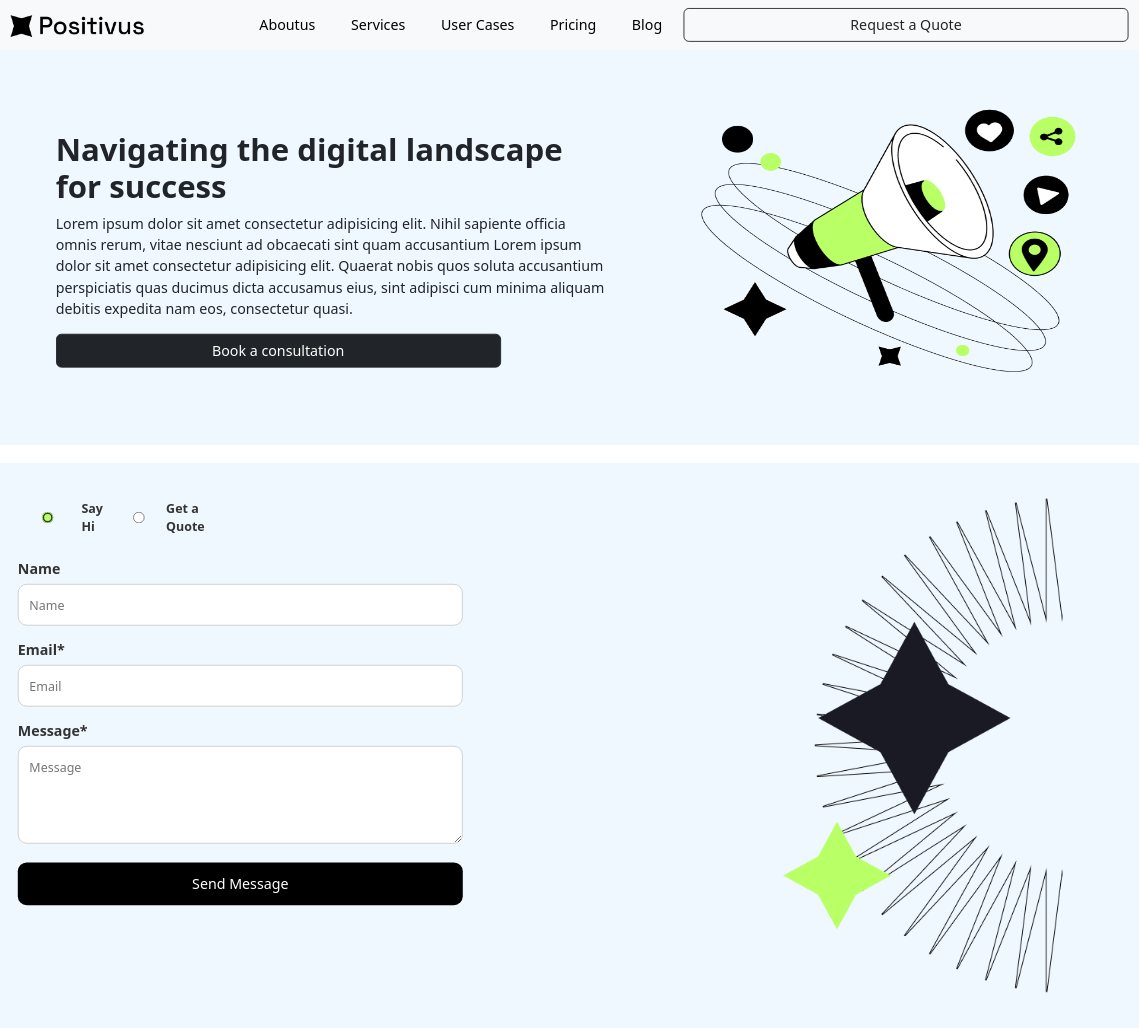
Repository: inshaabbas/CSS-Hackathon-SMIT
Page: index.html
An editor plug-in stored every save of this project. The page is shown before and after the next save, followed by the edit.
The browser window is 1280 px wide. The pictures show the whole page, at 89% of full size.

Above is the page before, as saved 2025-06-25 10:04:08.

After the next save:
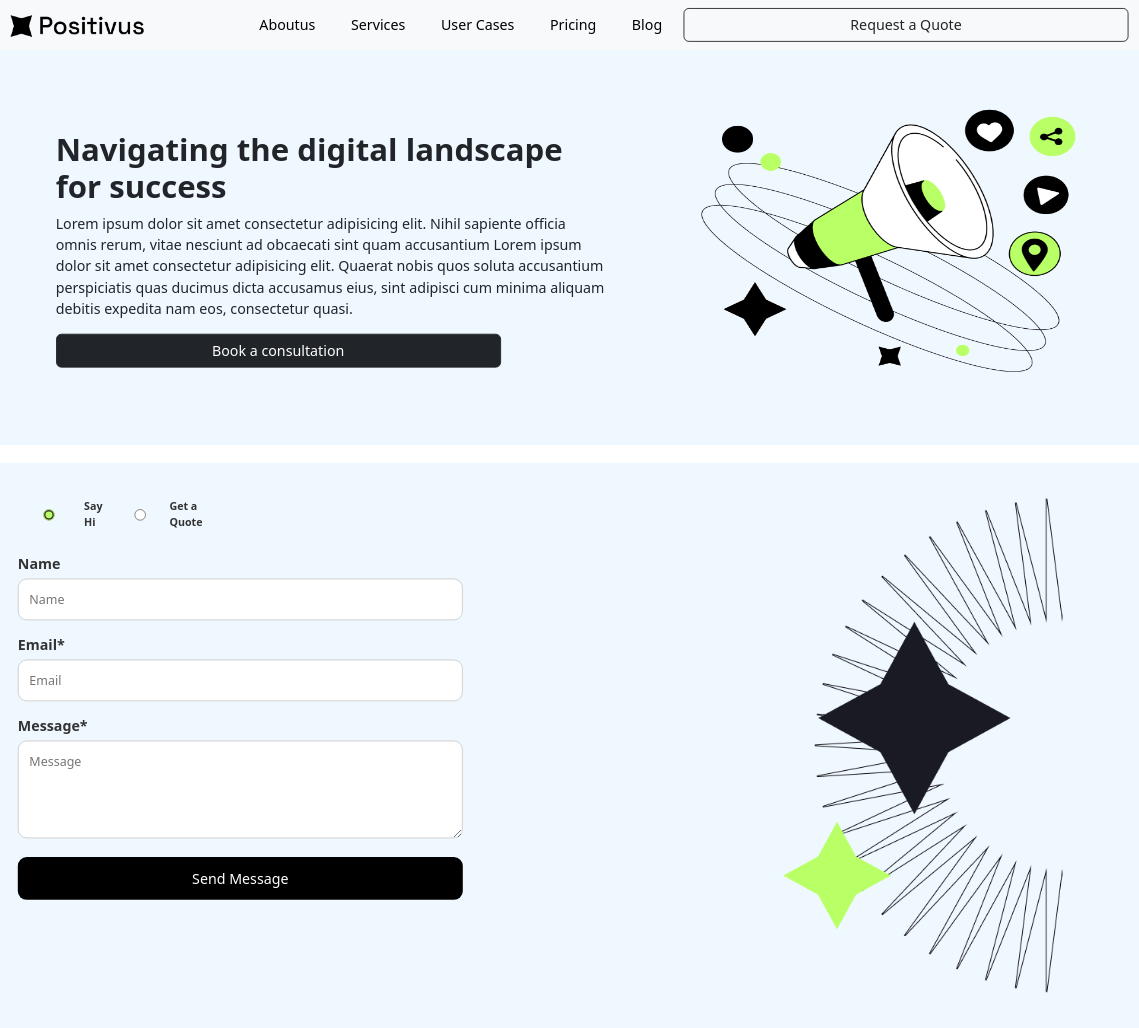
Saved 54 s later.
--- a/style.css
+++ b/style.css
@@ -77,7 +77,7 @@
   display: flex;
   align-items: center;
   gap: 5px;
-  font-size: 14px;
+  font-size: 12px;
   color: #333;
   cursor: pointer;
   width: 100px;

After the 2 saves that followed:
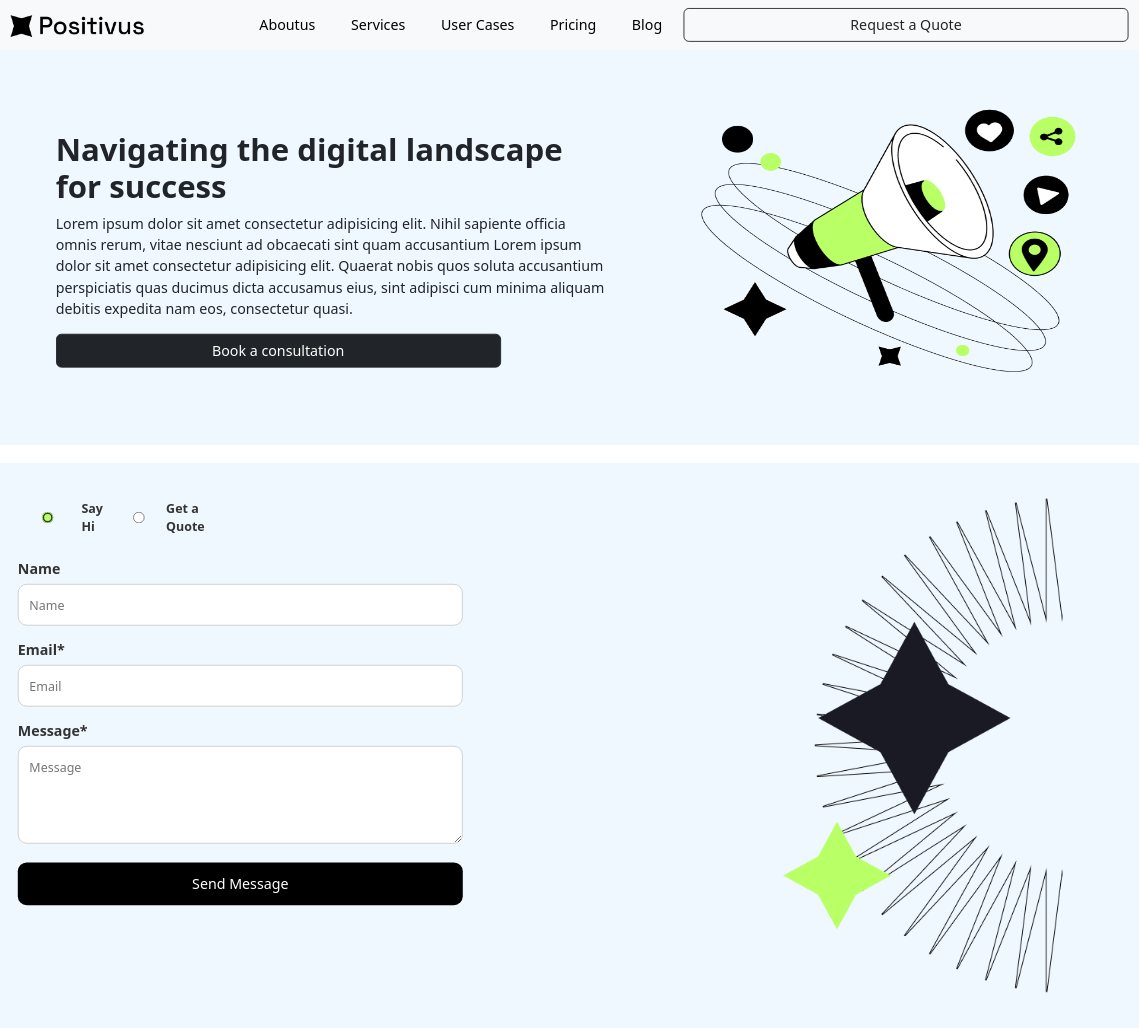
The 2 saves are shown as one change because they came seconds apart.
The last was saved 12 s later.
--- a/style.css
+++ b/style.css
@@ -77,7 +77,7 @@
   display: flex;
   align-items: center;
   gap: 5px;
-  font-size: 12px;
+  font-size: 14px;
   color: #333;
   cursor: pointer;
   width: 100px;
